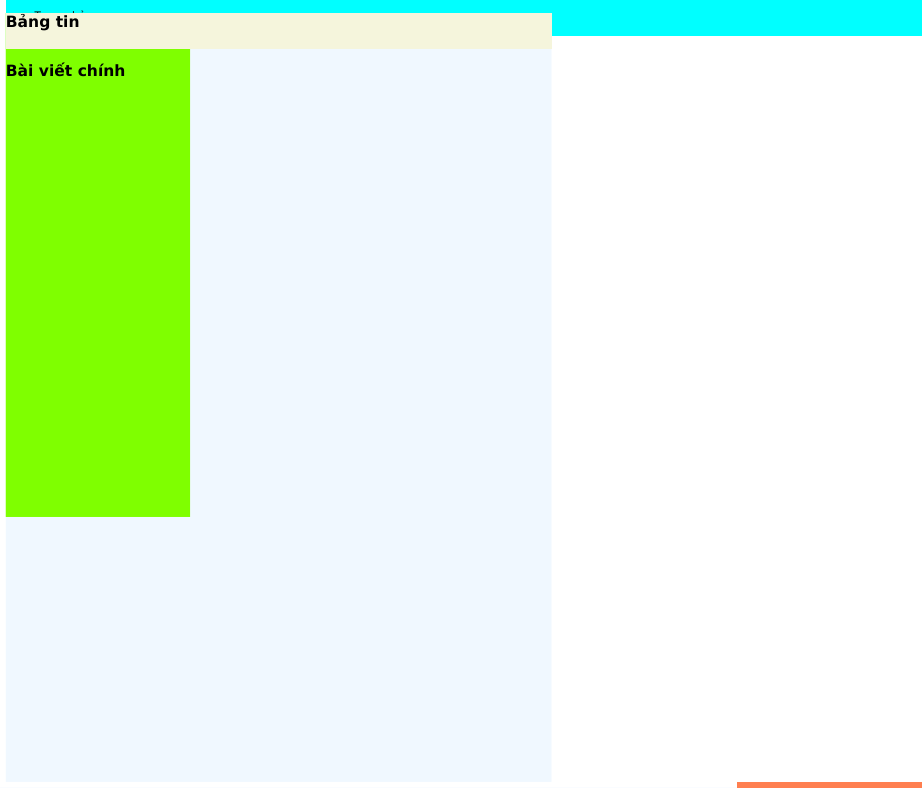
Repository: congle98/CSS_LayoutFacebookCoBan
Page: index.html
An editor plug-in stored every save of this project. The page is shown before and after a run of saves, followed by the edit.
The browser window is 1280 px wide. The pictures show the whole page, at 72% of full size.

Above is the page before, as saved 2021-05-26 15:38:50.

### index.html
<!DOCTYPE html>
<html lang="en">
<head>
    <meta charset="UTF-8">
    <meta http-equiv="X-UA-Compatible" content="IE=edge">
    <meta name="viewport" content="width=device-width, initial-scale=1.0">
    <title>Document</title>
    <style>
        body {
            font-family: Verdana,sans-serif;
            font-size: 0.9em;
        }
        header{
            position: fixed;
            top: 0px;
            background-color: cyan;
            width: 100%;
            height: 50px;

        }
        #sidebar-left{
            width: 20%;
            position: fixed;
            float: left;
            background-color: chartreuse;
            height: 700px;
        }
        section{
            width: 60%;
            background-color:aliceblue;
        }
        #sidebar-right{
            right: 0px;
            position: fixed;
            width: 20%;
            background-color:coral;
            height: 700px;
        }
        #article-1{
            position:relative;
            height: 50px;
            background-color:beige;
        }
        #article-2{
            position:relative;
            height: 1000px;
        }

    </style>
</head>
<body>
    <header>
        <nav>
            <ul>
                <li>Trang chủ</li>
                <li>Watch</li>
                <li>Marketplace</li>
                <li>Nhóm</li>
                <li>Trò chơi</li>
            </ul>
        </nav>
    </header>
    <div id="sidebar-left">
        <h2>Menu trái</h2>
    </div>
    <section>
        <article id="article-1">
            <h2>Bảng tin</h2>
        </article>
        <article id="article-2">
            <h2>Bài viết chính</h2>
        </article>
    </section>
    <div id="sidebar-right">
        <h2>Menu phải</h2>
    </div>
</body>
</html>

After the next 3 saves:
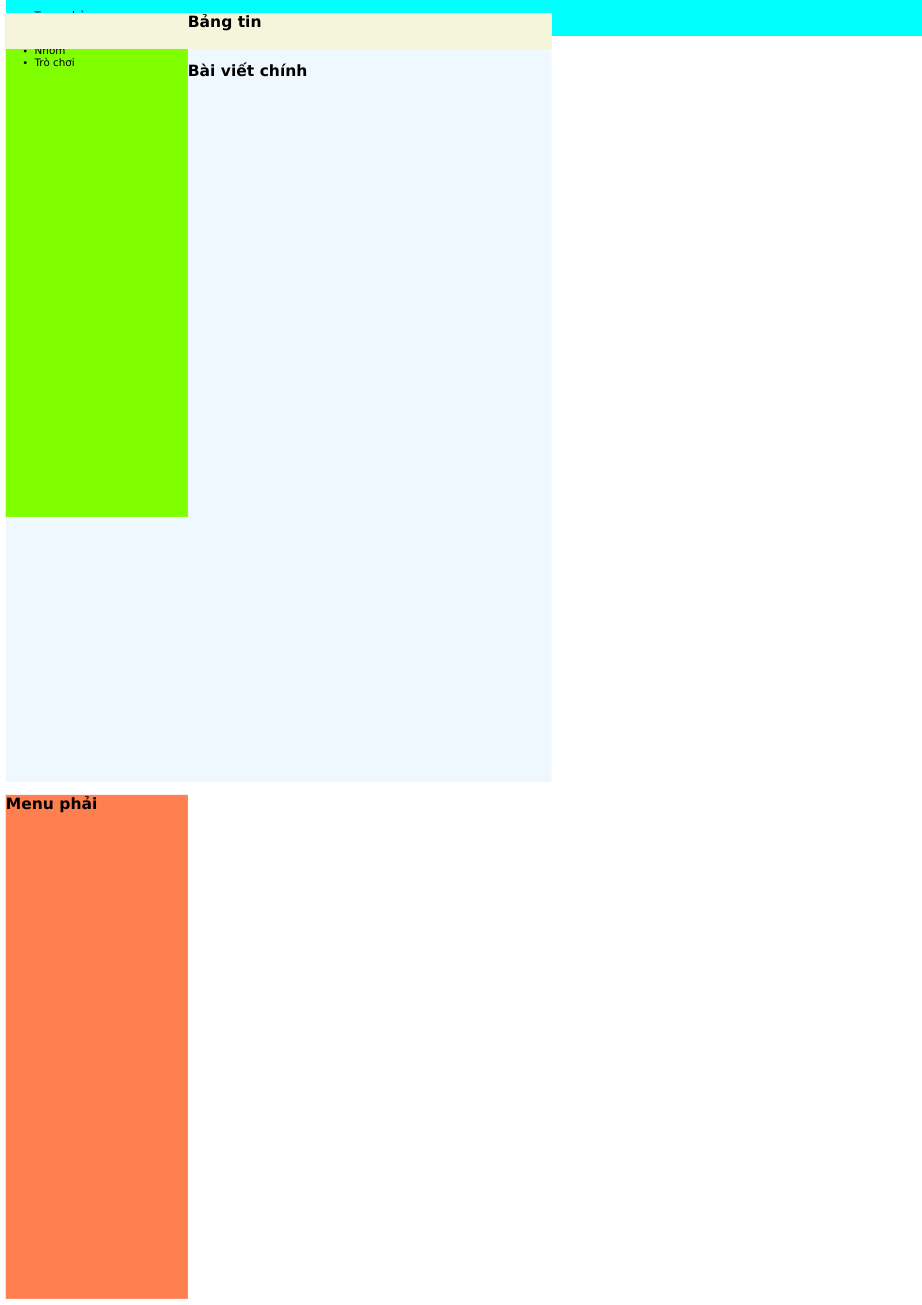
The 3 saves are shown as one change because they came seconds apart.
The last was saved 14 s later.
--- a/index.html
+++ b/index.html
@@ -20,7 +20,7 @@
         }
         #sidebar-left{
             width: 20%;
-            position: fixed;
+
             float: left;
             background-color: chartreuse;
             height: 700px;
@@ -30,8 +30,7 @@
             background-color:aliceblue;
         }
         #sidebar-right{
-            right: 0px;
-            position: fixed;
+
             width: 20%;
             background-color:coral;
             height: 700px;
